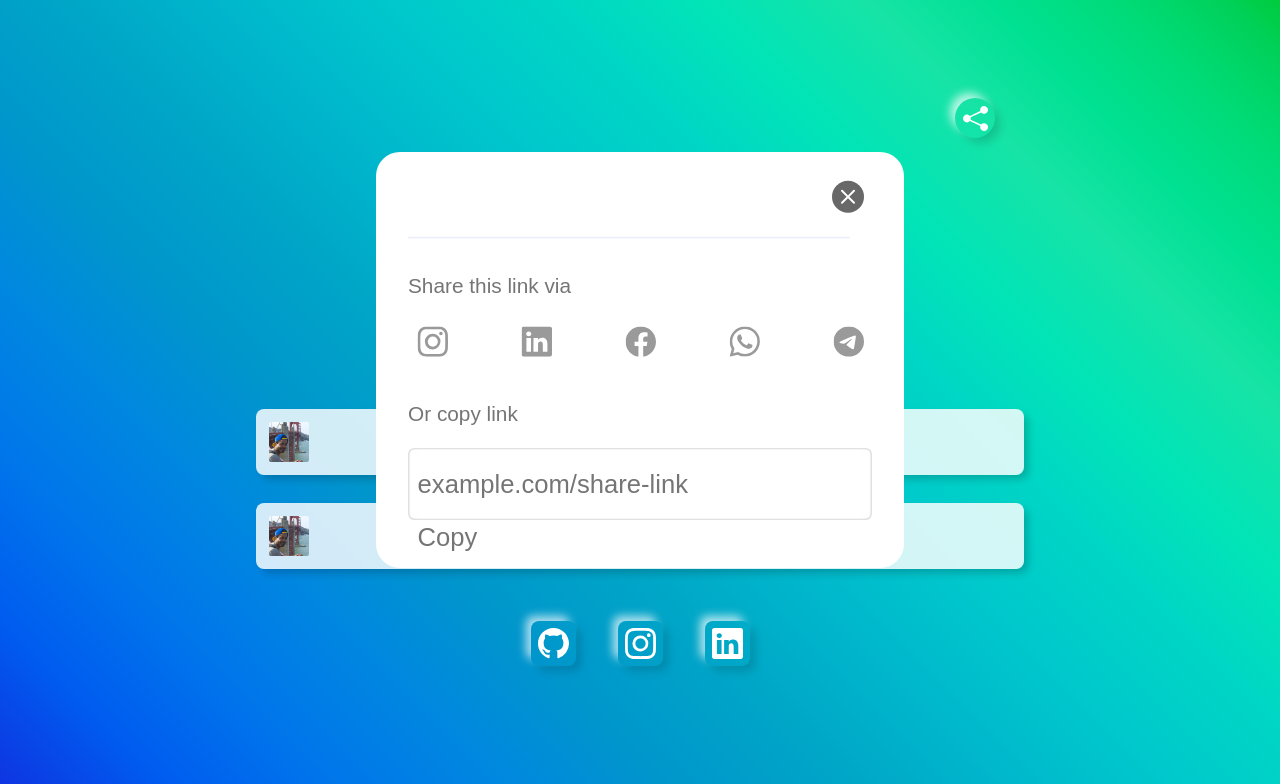
Repository: MateLaDBrouille97/linktree
Page: /
The author's editor kept a copy of each file at every save. The page is drawn from the files as they stood at one save, then again after the next save.
The browser window is 1280 px wide. The pictures show the whole page.
The project was rebuilt for these pictures with package versions that can differ from the ones it lists, and the page was loaded fresh each time. The framework's server and built-in components were replaced by stand-ins that run in the browser. Also part of the build but not shown: next.config.js, styles/Home.module.css, styles/scrollup.css.

Above is the page before, as saved 2023-01-24 02:11:59.

### app/layout.tsx
"use client";

import '@/styles/globals.css'
import '../styles/Home.module.css';
import '../styles/scrollup.css';
import '../styles/home.css';
import '../styles/socials.css';
import '../styles/share.css';
import ScrollDow from '../components/ScrollDow';
import ScrollUp from '../components/scrollup/ScrollUp'

export default function RootLayout({
    children,
  }: {
    children: React.ReactNode;
  }) {
    return (
      <html lang="en">
        <body>{children}</body>
        {/* <ScrollDow/> */}
        {/* <ScrollUp/> */}
      </html>
    );
  }

### app/page.tsx
"use client";

import Image from "next/image";
import data from "data.json";
import image from "../public/ManuelTL2.jpg";
import image1 from "../public/ManuelTL2.jpg";
import { useEffect, useState } from "react";
import Socials from "../components/Socials";
import Share from "@/components/Share";

function LinkCard({
  href,
  title,
  image,
}: {
  href: string;
  title: string;
  image?: string;
}) {
  return (
    <a
      href={href}
      className="flex items-center p-3 w-full rounded-lg hover:scale-105 transition-all bg-gray-100 mb-3 -mt-2 max-w-3xl home__linkcard-box"
    >
      <div className="flex text-center w-full home__linkcard-card">
        <div className="w-10 h-10 home__linkcard-img">
          {image1 && (
            <Image
              className="rounded-sm"
              alt={data.name}
              src={image1}
              width={40}
              height={40}
            />
          )}
        </div>
        <h2 className="flex justify-center items-center font-semibold w-full text-gray-700 -ml-10 home__linkcard-title">
          {title}
        </h2>
      </div>
    </a>
  );
}

export default function Home() {
  /*==================== Toggle Menu ====================== */
  const [toggle, showMenu] = useState(false);
  const [activeNav, setActiveNav] = useState("#home");

  /* +++++++++++++++++++++++++++++++++++++++++++++++++ */
  // const { dbUser, image } = useUserContext();

  // const breakpoints = (width) => {
  //   if (width < 640) {
  //     return "xs";
  //   } else if (width >= 640 && width < 768) {
  //     return "sm";
  //   } else if (width >= 768 && width < 1024) {
  //     return "md";
  //   } else if (width >= 1024) {
  //     return "lg";
  //   }
  // };

  // const [breakpoint, setBreakpoint] = useState(() =>
  //   breakpoints(typeof window !== "undefined" && window.innerWidth)
  // );

  useEffect(() => {
    if (toggle) {
      // const calcInnerWidth = function () {
      //   setBreakpoint(breakpoints(window.innerWidth));
      // };
      // window.addEventListener("resize", calcInnerWidth);
      window.addEventListener("scroll", function () {
        const header = this.document.querySelector(".header");
        //scroll higher than 200 viewport height
        //add scroll header class to a tag with the scroll-top
        if (this.scrollY >= 80) header?.classList.add("scroll-header");
        else header?.classList.remove("scroll-header");
      });
    }
  }, []);

  useEffect(() => {
    showMenu(true);
  }, []);

  return (
    <div className="flex items-center flex-col mx-auto w-full justify-center mt-16 px-8 ">
      <Share/>
      <a
        href="#home"
        onClick={() => setActiveNav("#home")}
        // className={
        //   activeNav === "#home" ? "nav__logo active-link" : "nav__logo"
        // }
      >
        <Image
          className="rounded-full"
          alt={data.name}
          src={image}
          width={96}
          height={96}
        />
      </a>

      <h1 className="font-semibold mt-4 mb-8 text-xl" style={{color:"white"}}>{data.name}</h1>
      <h3 className="home__description" style={{color:"white"}}>{data.small_description}</h3>

      <div className="grid place-items-center w-full mt-2">
        {data.links.map((link) => (
          <LinkCard key={link.href} {...link} />
        ))}
      </div>

      <div className="gap-3 items-center flex mt-10">
        {data?.socials?.map((social) => {
         return(

          <Socials title={social?.title} key={social?.href} />
          )
        })}
      </div>
    </div>
  );
}

### styles/socials.css
/* .social__link{
    color: var(--container-color);
    font-size: 1.125rem;
    padding: 0.4rem;
    border-radius:1.5rem;
    display: inline-flex;
} */
/*
.social__link:hover{
    background-color:rgba(44, 203, 224, 0.986);
} */

.social__link{
    display:flex;
    /* background-color: var(--container-color); */
    color: var(--container-color);
    height: 45px;
    width: 45px;
    margin: 0 15px;
    border-radius: 8px;
    align-items: center;
    justify-content:center;
    text-decoration: none;
    box-shadow: 6px 6px 10px -1px rgba(0,0,0,0.15),
                -6px -6px 10px -1px rgba(255,255,255,0.7);
    border: 1px solid   rgba(0,0,0,0);
    transition: transform 0.5s;
}

a svg {
    font-size: 38px;
    color: white;
    transition: transform 0.5s;
}


.social__link:hover{
    background-color: rgba(255, 255, 255, 0.829);
    box-shadow: inset 4px 4px 6px -1px rgba(0,0,0,0.2),
                inset -4px -4px 6px -1px rgba(255,255,255,0.7),
                -0.5px -0.5px 0px  rgba(255,255,255,1),
                0.5px 0.5px 0px  rgba(0,0,0,0.15),
                0px -12px 10px -10px  rgba(0,0,0,0.05);
    border: 1px solid   rgba(0,0,0,0.1);
    transform:translateY(2px)  ;
}


a:hover svg{
    transform: scale(1.10);
    fill: black;
    transition: transform 0.5s;
}

a:hover .bi-linkedin{
    fill:rgb(18, 83, 203) ;
    transform:scale(1.10);
    transition: transform 0.5s;
}

a:hover .bi-instagram{
    fill:#e64771;
    transform:scale(1.10);
    transition: transform 0.5s;
}

a:hover .bi-facebook{
    fill:#1b12d3;
    transform:scale(1.10);
    transition: transform 0.5s;
}

a:hover .bi-whatsapp{
    fill:#47e671;
    transform:scale(1.10);
    transition: transform 0.5s;
}


a:hover .bi-telegram{
    fill:#61cbe8;
    transform:scale(1.10);
    transition: transform 0.5s;
}


/*=============== BREAKPOINTS ===============*/
/* For large devices */
@media screen and (max-width: 992px) {


    .social__link:hover{

        box-shadow: inset 4px 4px 6px -1px rgba(0,0,0,0.2),
                    inset -4px -4px 6px -1px rgba(255,255,255,0.7),
                    -0.5px -0.5px 0px  rgba(255,255,255,1),
                    0.5px 0.5px 0px  rgba(0,0,0,0.15),
                    0px -12px 10px -10px  rgba(0,0,0,0.05);
        border: 1px solid   rgba(0,0,0,0.1);
        transform:translateY(2px)  ;
    }




  }

  /* For medium devices */
  @media screen and (max-width: 768px) {




  }



  /* For small devices */
  @media screen and (max-width: 350px) {





  }

### styles/share.css
/*          Share   Items  */

.share-link {
  display: flex;
  color: var(--container-color);
  height: 45px;
  width: 45px;
  margin: 0 15px;
  border-radius: 22px;
  align-items: center;
  justify-content: center;
  text-decoration: none;
  box-shadow: 6px 6px 10px -1px rgba(0, 0, 0, 0.15),
    -6px -6px 10px -1px rgba(255, 255, 255, 0.7);
  border: 1px solid rgba(0, 0, 0, 0);
  transition: transform 0.5s;
}

.share-link:hover {
  background-color: rgba(255, 255, 255, 0.829);
  box-shadow: inset 4px 4px 6px -1px rgba(0, 0, 0, 0.2),
    inset -4px -4px 6px -1px rgba(255, 255, 255, 0.7),
    -0.5px -0.5px 0px rgba(255, 255, 255, 1),
    0.5px 0.5px 0px rgba(0, 0, 0, 0.15),
    0px -12px 10px -10px rgba(0, 0, 0, 0.05);
  border: 1px solid rgba(0, 0, 0, 0.1);
  transform: translateY(2px);
}

/* .share-link .bi-share-fill{
    fill: white;
} */

.share-link:hover .bi-share-fill {
  fill: black;
  transform: scale(1.1);
  transition: transform 0.5s;
}

header {
  width: 95%;
  max-width: 788px;
  display: flex;
  justify-content: flex-end;
  padding: 12px;
  margin-top: 5px;
}

.share-button {
  width: 40px;
  height: 40px;
  border-radius: 20px;
  color: var(--container-color);
}

.share {
  width: 95%;
  max-width: 788px;
  display: flex;
  justify-content: flex-end;
  padding: 12px;
  margin-top: 5px;
  z-index: 10;
}

.modal-share {
  position: absolute;
  height: 260px;
  width: 330px;
  top: 50%;
  left: 50%;
  transform: translate(-50%, -50%) scale(1.6);
  background: var(--container-color);
  padding: 20px;
  border-radius: 15px;
  max-width: 330px;
  width: 60%;
}

.modal-share :is(header) {
  display: flex;
  align-items: center;

}

.modal-share :is( .icons) {
    display: flex;
    align-items: center;
    justify-content: space-between;
  }


.modal-share header {
  padding-bottom: 15px;
  border-bottom: 1px solid #ebedf9;
}

header .close .icons a {
  display: flex;
  align-items: center;
  justify-content: center;
  border-radius: 50%;
}

header .close {
  height: 33px;
  width: 33px;
  background: var(--container-color);
  cursor: pointer;
}

/* .modal-title {
  font-size: 19px;
  font-weight: 500;
} */

.modal-share .content {
  margin: 20px 0;
}

.content p {
  font-size: 13px;
}

.content .icons {
  margin: 10px 0 20px 0;
}

.close{
    display: flex;
    justify-content: flex-end;
}

.close .bi-x{
  border-radius: 15px;
  background-color:#696868;
  margin-right: -21px;
  margin-top: -19px;

}

.icons a {
  height: 30px;
  width: 30px;
  border: 0.5px solid transparent;
  text-decoration: none;
  display: flex;
  justify-content: center;
  align-items: center;
}

.icons svg {
    fill: #40404086
}


.icons a:hover{
    color:#fff;
    border-color: transparent;

}

.icons a i{
    transition:all 0.3s ease-in-out;
}

.icons a:hover i{
    transform:scale(1.2);
}

.content .field{
    margin:12px 0 -5px 0;
    height:45px;
    border: 1px solid #e1e1e1;
    border-radius: 4px;
    padding: 0 5px;
}

.field{
    flex-direction: row;
}

.field input{
    border: none;
    outline: none;
    height: 100%;
    width: 100%;
}

### components/Socials.tsx
function GitHubIcon() {
  return (
    <a href="https://github.com/LuckyMate97" className="social__link">
      <svg xmlns="http://www.w3.org/2000/svg" width="31" height="31" fill="white" className="bi bi-github" viewBox="0 0 16 16"> <path d="M8 0C3.58 0 0 3.58 0 8c0 3.54 2.29 6.53 5.47 7.59.4.07.55-.17.55-.38 0-.19-.01-.82-.01-1.49-2.01.37-2.53-.49-2.69-.94-.09-.23-.48-.94-.82-1.13-.28-.15-.68-.52-.01-.53.63-.01 1.08.58 1.23.82.72 1.21 1.87.87 2.33.66.07-.52.28-.87.51-1.07-1.78-.2-3.64-.89-3.64-3.95 0-.87.31-1.59.82-2.15-.08-.2-.36-1.02.08-2.12 0 0 .67-.21 2.2.82.64-.18 1.32-.27 2-.27.68 0 1.36.09 2 .27 1.53-1.04 2.2-.82 2.2-.82.44 1.1.16 1.92.08 2.12.51.56.82 1.27.82 2.15 0 3.07-1.87 3.75-3.65 3.95.29.25.54.73.54 1.48 0 1.07-.01 1.93-.01 2.2 0 .21.15.46.55.38A8.012 8.012 0 0 0 16 8c0-4.42-3.58-8-8-8z"/> </svg>
    </a>
  );
}

function InstagramIcon() {
  return (
    <a href="https://www.instagram.com/oto.mata33/" className="social__link">
      <svg xmlns="http://www.w3.org/2000/svg" width="31" height="31" fill="white" className="bi bi-instagram" viewBox="0 0 16 16"> <path d="M8 0C5.829 0 5.556.01 4.703.048 3.85.088 3.269.222 2.76.42a3.917 3.917 0 0 0-1.417.923A3.927 3.927 0 0 0 .42 2.76C.222 3.268.087 3.85.048 4.7.01 5.555 0 5.827 0 8.001c0 2.172.01 2.444.048 3.297.04.852.174 1.433.372 1.942.205.526.478.972.923 1.417.444.445.89.719 1.416.923.51.198 1.09.333 1.942.372C5.555 15.99 5.827 16 8 16s2.444-.01 3.298-.048c.851-.04 1.434-.174 1.943-.372a3.916 3.916 0 0 0 1.416-.923c.445-.445.718-.891.923-1.417.197-.509.332-1.09.372-1.942C15.99 10.445 16 10.173 16 8s-.01-2.445-.048-3.299c-.04-.851-.175-1.433-.372-1.941a3.926 3.926 0 0 0-.923-1.417A3.911 3.911 0 0 0 13.24.42c-.51-.198-1.092-.333-1.943-.372C10.443.01 10.172 0 7.998 0h.003zm-.717 1.442h.718c2.136 0 2.389.007 3.232.046.78.035 1.204.166 1.486.275.373.145.64.319.92.599.28.28.453.546.598.92.11.281.24.705.275 1.485.039.843.047 1.096.047 3.231s-.008 2.389-.047 3.232c-.035.78-.166 1.203-.275 1.485a2.47 2.47 0 0 1-.599.919c-.28.28-.546.453-.92.598-.28.11-.704.24-1.485.276-.843.038-1.096.047-3.232.047s-2.39-.009-3.233-.047c-.78-.036-1.203-.166-1.485-.276a2.478 2.478 0 0 1-.92-.598 2.48 2.48 0 0 1-.6-.92c-.109-.281-.24-.705-.275-1.485-.038-.843-.046-1.096-.046-3.233 0-2.136.008-2.388.046-3.231.036-.78.166-1.204.276-1.486.145-.373.319-.64.599-.92.28-.28.546-.453.92-.598.282-.11.705-.24 1.485-.276.738-.034 1.024-.044 2.515-.045v.002zm4.988 1.328a.96.96 0 1 0 0 1.92.96.96 0 0 0 0-1.92zm-4.27 1.122a4.109 4.109 0 1 0 0 8.217 4.109 4.109 0 0 0 0-8.217zm0 1.441a2.667 2.667 0 1 1 0 5.334 2.667 2.667 0 0 1 0-5.334z"/> </svg>
    </a>
  );
}

function LinkedInIcon() {
  return (
    <a href="https://ca.linkedin.com/" className="social__link">
      <svg xmlns="http://www.w3.org/2000/svg" width="31" height="31" fill="white" className="bi bi-linkedin" viewBox="0 0 16 16"> <path d="M0 1.146C0 .513.526 0 1.175 0h13.65C15.474 0 16 .513 16 1.146v13.708c0 .633-.526 1.146-1.175 1.146H1.175C.526 16 0 15.487 0 14.854V1.146zm4.943 12.248V6.169H2.542v7.225h2.401zm-1.2-8.212c.837 0 1.358-.554 1.358-1.248-.015-.709-.52-1.248-1.342-1.248-.822 0-1.359.54-1.359 1.248 0 .694.521 1.248 1.327 1.248h.016zm4.908 8.212V9.359c0-.216.016-.432.08-.586.173-.431.568-.878 1.232-.878.869 0 1.216.662 1.216 1.634v3.865h2.401V9.25c0-2.22-1.184-3.252-2.764-3.252-1.274 0-1.845.7-2.165 1.193v.025h-.016a5.54 5.54 0 0 1 .016-.025V6.169h-2.4c.03.678 0 7.225 0 7.225h2.4z"/> </svg>
    </a>
  );
}

function Socials({ title }:{title?:string;}) {
  if (title == "Instagram") {
    return <InstagramIcon  />;
  }
  if (title == "Github") {
    return <GitHubIcon  />;
  }
  if (title == "LinkedIn") {
    return <LinkedInIcon  />;
  }
}

export default Socials;

### components/Share.tsx
import React from "react";

const Share = () => {
  return (
    <div className="share">
      <header>
        <div className="share-button share-link">
          <svg
            xmlns="http://www.w3.org/2000/svg"
            width="25"
            height="25"
            fill="white"
            className="bi bi-share-fill"
            viewBox="0 0 16 16"
          >
            {" "}
            <path d="M11 2.5a2.5 2.5 0 1 1 .603 1.628l-6.718 3.12a2.499 2.499 0 0 1 0 1.504l6.718 3.12a2.5 2.5 0 1 1-.488.876l-6.718-3.12a2.5 2.5 0 1 1 0-3.256l6.718-3.12A2.5 2.5 0 0 1 11 2.5z" />{" "}
          </svg>
        </div>
      </header>
      <div className="modal-share">
        <header className="close">
          <svg
            xmlns="http://www.w3.org/2000/svg"
            width="20"
            height="20"
            fill="white"
            className="bi bi-x"
            viewBox="0 0 16 16"
          >
            {" "}
            <path d="M4.646 4.646a.5.5 0 0 1 .708 0L8 7.293l2.646-2.647a.5.5 0 0 1 .708.708L8.707 8l2.647 2.646a.5.5 0 0 1-.708.708L8 8.707l-2.646 2.647a.5.5 0 0 1-.708-.708L7.293 8 4.646 5.354a.5.5 0 0 1 0-.708z" />{" "}
          </svg>{" "}
        </header>
        <div className="content">
          <p>Share this link via </p>
          <ul className="icons ">
            <a href="" className="social__link-share">
              <svg
                xmlns="http://www.w3.org/2000/svg"
                width="19"
                height="19"
                fill="white"
                className="bi bi-instagram"
                viewBox="0 0 16 16"
              >
                {" "}
                <path d="M8 0C5.829 0 5.556.01 4.703.048 3.85.088 3.269.222 2.76.42a3.917 3.917 0 0 0-1.417.923A3.927 3.927 0 0 0 .42 2.76C.222 3.268.087 3.85.048 4.7.01 5.555 0 5.827 0 8.001c0 2.172.01 2.444.048 3.297.04.852.174 1.433.372 1.942.205.526.478.972.923 1.417.444.445.89.719 1.416.923.51.198 1.09.333 1.942.372C5.555 15.99 5.827 16 8 16s2.444-.01 3.298-.048c.851-.04 1.434-.174 1.943-.372a3.916 3.916 0 0 0 1.416-.923c.445-.445.718-.891.923-1.417.197-.509.332-1.09.372-1.942C15.99 10.445 16 10.173 16 8s-.01-2.445-.048-3.299c-.04-.851-.175-1.433-.372-1.941a3.926 3.926 0 0 0-.923-1.417A3.911 3.911 0 0 0 13.24.42c-.51-.198-1.092-.333-1.943-.372C10.443.01 10.172 0 7.998 0h.003zm-.717 1.442h.718c2.136 0 2.389.007 3.232.046.78.035 1.204.166 1.486.275.373.145.64.319.92.599.28.28.453.546.598.92.11.281.24.705.275 1.485.039.843.047 1.096.047 3.231s-.008 2.389-.047 3.232c-.035.78-.166 1.203-.275 1.485a2.47 2.47 0 0 1-.599.919c-.28.28-.546.453-.92.598-.28.11-.704.24-1.485.276-.843.038-1.096.047-3.232.047s-2.39-.009-3.233-.047c-.78-.036-1.203-.166-1.485-.276a2.478 2.478 0 0 1-.92-.598 2.48 2.48 0 0 1-.6-.92c-.109-.281-.24-.705-.275-1.485-.038-.843-.046-1.096-.046-3.233 0-2.136.008-2.388.046-3.231.036-.78.166-1.204.276-1.486.145-.373.319-.64.599-.92.28-.28.546-.453.92-.598.282-.11.705-.24 1.485-.276.738-.034 1.024-.044 2.515-.045v.002zm4.988 1.328a.96.96 0 1 0 0 1.92.96.96 0 0 0 0-1.92zm-4.27 1.122a4.109 4.109 0 1 0 0 8.217 4.109 4.109 0 0 0 0-8.217zm0 1.441a2.667 2.667 0 1 1 0 5.334 2.667 2.667 0 0 1 0-5.334z" />{" "}
              </svg>
            </a>
            <a href="" className="social__link-share">
              <svg
                xmlns="http://www.w3.org/2000/svg"
                width="19"
                height="19"
                fill="white"
                className="bi bi-linkedin"
                viewBox="0 0 16 16"
              >
                {" "}
                <path d="M0 1.146C0 .513.526 0 1.175 0h13.65C15.474 0 16 .513 16 1.146v13.708c0 .633-.526 1.146-1.175 1.146H1.175C.526 16 0 15.487 0 14.854V1.146zm4.943 12.248V6.169H2.542v7.225h2.401zm-1.2-8.212c.837 0 1.358-.554 1.358-1.248-.015-.709-.52-1.248-1.342-1.248-.822 0-1.359.54-1.359 1.248 0 .694.521 1.248 1.327 1.248h.016zm4.908 8.212V9.359c0-.216.016-.432.08-.586.173-.431.568-.878 1.232-.878.869 0 1.216.662 1.216 1.634v3.865h2.401V9.25c0-2.22-1.184-3.252-2.764-3.252-1.274 0-1.845.7-2.165 1.193v.025h-.016a5.54 5.54 0 0 1 .016-.025V6.169h-2.4c.03.678 0 7.225 0 7.225h2.4z" />{" "}
              </svg>
            </a>
            <a href="" className="social__link-share">
              <svg
                xmlns="http://www.w3.org/2000/svg"
                width="19"
                height="19"
                fill="currentColor"
                className="bi bi-facebook"
                viewBox="0 0 16 16"
              >
                {" "}
                <path d="M16 8.049c0-4.446-3.582-8.05-8-8.05C3.58 0-.002 3.603-.002 8.05c0 4.017 2.926 7.347 6.75 7.951v-5.625h-2.03V8.05H6.75V6.275c0-2.017 1.195-3.131 3.022-3.131.876 0 1.791.157 1.791.157v1.98h-1.009c-.993 0-1.303.621-1.303 1.258v1.51h2.218l-.354 2.326H9.25V16c3.824-.604 6.75-3.934 6.75-7.951z" />{" "}
              </svg>
            </a>
            <a href="" className="social__link-share">
              <svg
                xmlns="http://www.w3.org/2000/svg"
                width="19"
                height="19"
                fill="currentColor"
                className="bi bi-whatsapp"
                viewBox="0 0 16 16"
              >
                {" "}
                <path d="M13.601 2.326A7.854 7.854 0 0 0 7.994 0C3.627 0 .068 3.558.064 7.926c0 1.399.366 2.76 1.057 3.965L0 16l4.204-1.102a7.933 7.933 0 0 0 3.79.965h.004c4.368 0 7.926-3.558 7.93-7.93A7.898 7.898 0 0 0 13.6 2.326zM7.994 14.521a6.573 6.573 0 0 1-3.356-.92l-.24-.144-2.494.654.666-2.433-.156-.251a6.56 6.56 0 0 1-1.007-3.505c0-3.626 2.957-6.584 6.591-6.584a6.56 6.56 0 0 1 4.66 1.931 6.557 6.557 0 0 1 1.928 4.66c-.004 3.639-2.961 6.592-6.592 6.592zm3.615-4.934c-.197-.099-1.17-.578-1.353-.646-.182-.065-.315-.099-.445.099-.133.197-.513.646-.627.775-.114.133-.232.148-.43.05-.197-.1-.836-.308-1.592-.985-.59-.525-.985-1.175-1.103-1.372-.114-.198-.011-.304.088-.403.087-.088.197-.232.296-.346.1-.114.133-.198.198-.33.065-.134.034-.248-.015-.347-.05-.099-.445-1.076-.612-1.47-.16-.389-.323-.335-.445-.34-.114-.007-.247-.007-.38-.007a.729.729 0 0 0-.529.247c-.182.198-.691.677-.691 1.654 0 .977.71 1.916.81 2.049.098.133 1.394 2.132 3.383 2.992.47.205.84.326 1.129.418.475.152.904.129 1.246.08.38-.058 1.171-.48 1.338-.943.164-.464.164-.86.114-.943-.049-.084-.182-.133-.38-.232z" />{" "}
              </svg>
            </a>
            <a href="" className="social__link-share">
              <svg
                xmlns="http://www.w3.org/2000/svg"
                width="19"
                height="19"
                fill="currentColor"
                className="bi bi-telegram"
                viewBox="0 0 16 16"
              >
                {" "}
                <path d="M16 8A8 8 0 1 1 0 8a8 8 0 0 1 16 0zM8.287 5.906c-.778.324-2.334.994-4.666 2.01-.378.15-.577.298-.595.442-.03.243.275.339.69.47l.175.055c.408.133.958.288 1.243.294.26.006.549-.1.868-.32 2.179-1.471 3.304-2.214 3.374-2.23.05-.012.12-.026.166.016.047.041.042.12.037.141-.03.129-1.227 1.241-1.846 1.817-.193.18-.33.307-.358.336a8.154 8.154 0 0 1-.188.186c-.38.366-.664.64.015 1.088.327.216.589.393.85.571.284.194.568.387.936.629.093.06.183.125.27.187.331.236.63.448.997.414.214-.02.435-.22.547-.82.265-1.417.786-4.486.906-5.751a1.426 1.426 0 0 0-.013-.315.337.337 0 0 0-.114-.217.526.526 0 0 0-.31-.093c-.3.005-.763.166-2.984 1.09z" />{" "}
              </svg>
            </a>
          </ul>
          <p> Or copy link</p>
          <div className="field">
            <input type="text" value="example.com/share-link" />
            <button>Copy</button>
          </div>
        </div>
      </div>
    </div>
  );
};

export default Share;

Loaded but not shown: data.json (35 lines, source omitted); tailwind.config.js (13 lines, source omitted); styles/globals.css (269 lines, source omitted); styles/home.css (267 lines, source omitted)

After the next save:
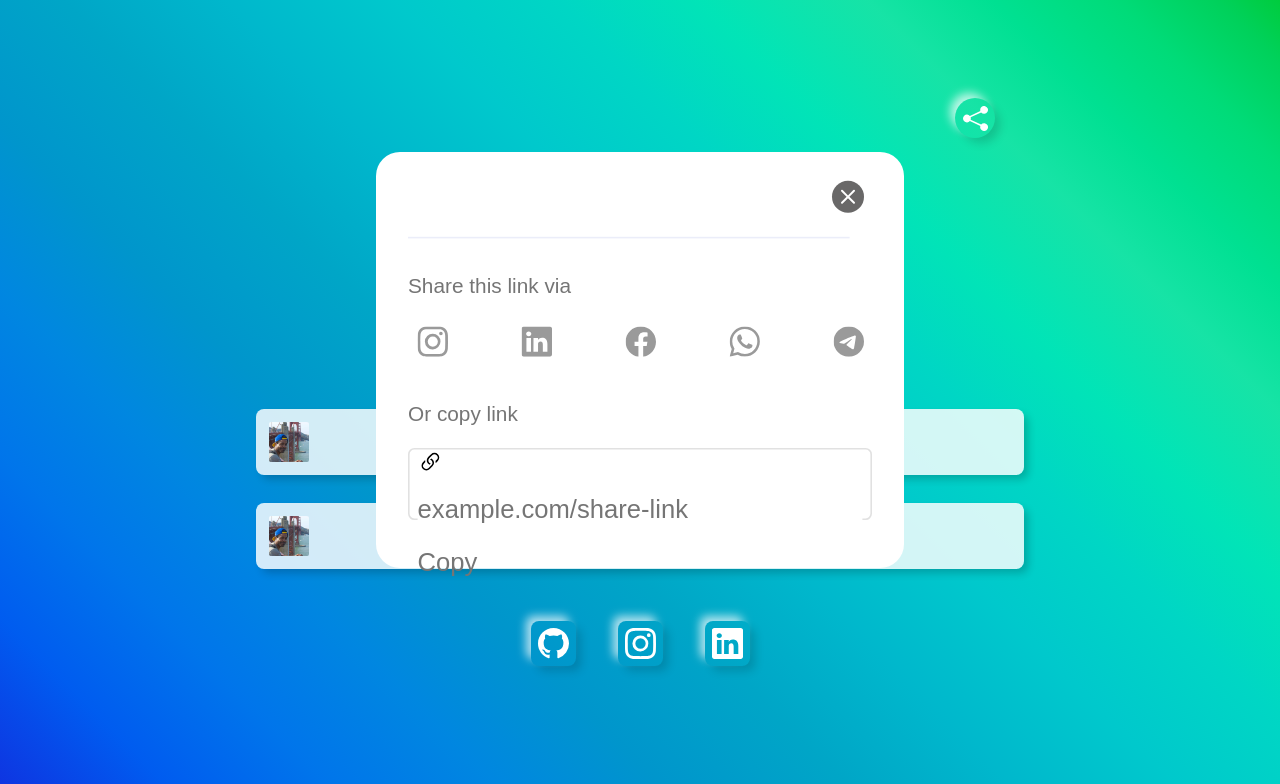
Saved 2 min 29 s later.
--- a/styles/share.css
+++ b/styles/share.css
@@ -176,9 +176,7 @@ header .close {
     padding: 0 5px;
 }
 
-.field{
-    flex-direction: row;
-}
+
 
 .field input{
     border: none;
--- a/components/Share.tsx
+++ b/components/Share.tsx
@@ -103,6 +103,7 @@ const Share = () => {
           </ul>
           <p> Or copy link</p>
           <div className="field">
+          <svg xmlns="http://www.w3.org/2000/svg" width="16" height="16" fill="black" className="bi bi-link-45deg" viewBox="0 0 16 16"> <path d="M4.715 6.542 3.343 7.914a3 3 0 1 0 4.243 4.243l1.828-1.829A3 3 0 0 0 8.586 5.5L8 6.086a1.002 1.002 0 0 0-.154.199 2 2 0 0 1 .861 3.337L6.88 11.45a2 2 0 1 1-2.83-2.83l.793-.792a4.018 4.018 0 0 1-.128-1.287z"/> <path d="M6.586 4.672A3 3 0 0 0 7.414 9.5l.775-.776a2 2 0 0 1-.896-3.346L9.12 3.55a2 2 0 1 1 2.83 2.83l-.793.792c.112.42.155.855.128 1.287l1.372-1.372a3 3 0 1 0-4.243-4.243L6.586 4.672z"/> </svg>
             <input type="text" value="example.com/share-link" />
             <button>Copy</button>
           </div>
